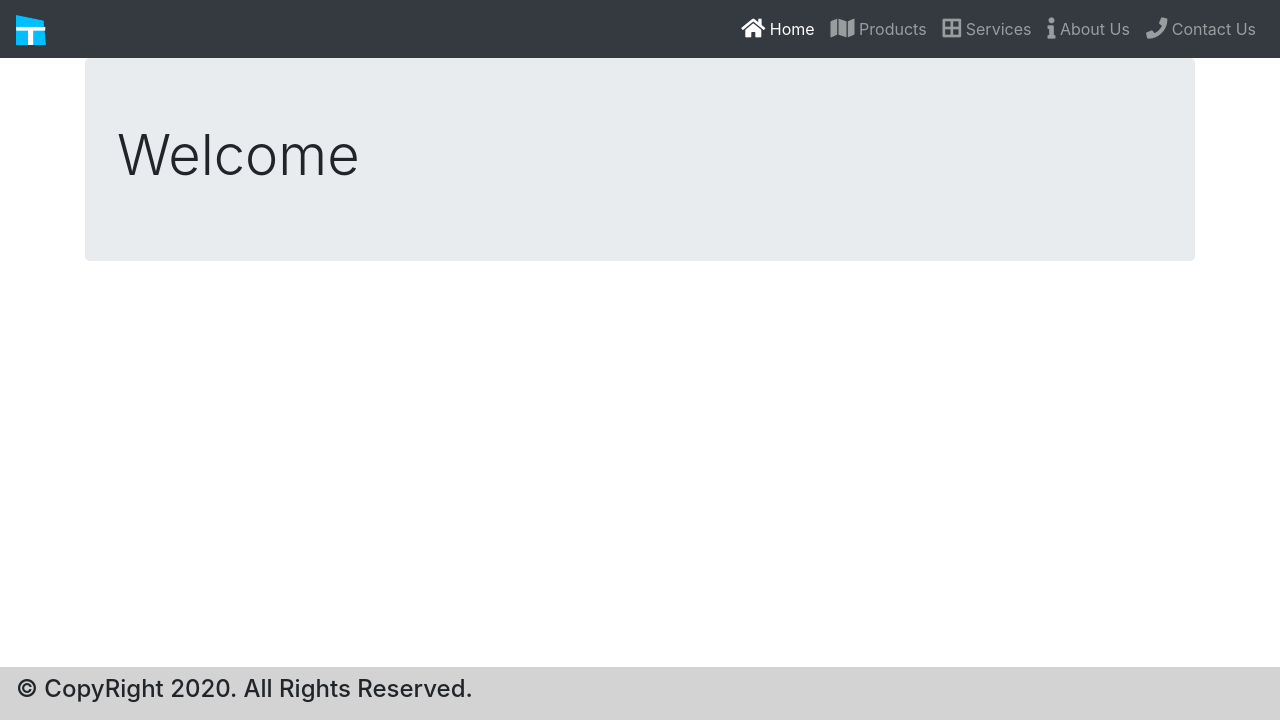
Repository: CentennialCollege/COMP125-M2020-Lesson10
Page: index.html
An editor plug-in stored every save of this project. The page is shown before and after the next save, followed by the edit.
The browser window is 1280 px wide. The pictures show the whole page.

Above is the page before, as saved 2020-07-22 15:15:56.

After the next save:
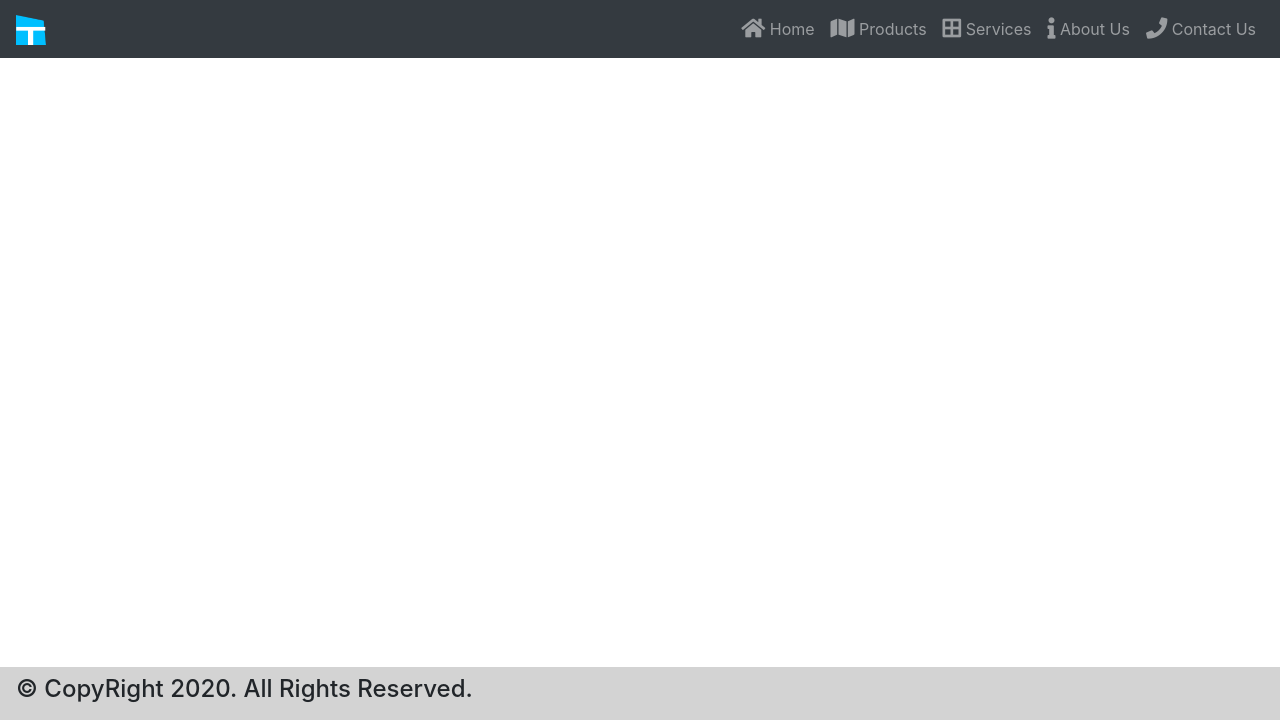
Saved 78 s later.
--- a/index.html
+++ b/index.html
@@ -3,7 +3,7 @@
 <head>
     <meta charset="UTF-8">
     <meta name="viewport" content="width=device-width, initial-scale=1.0">
-    <title>Home</title>
+    <title></title>
     <!-- CSS Section -->
     <link rel="stylesheet" href="./node_modules/bootstrap/dist/css/bootstrap.min.css">
     <link rel="stylesheet" href="./node_modules/@fortawesome/fontawesome-free/css/all.min.css">
